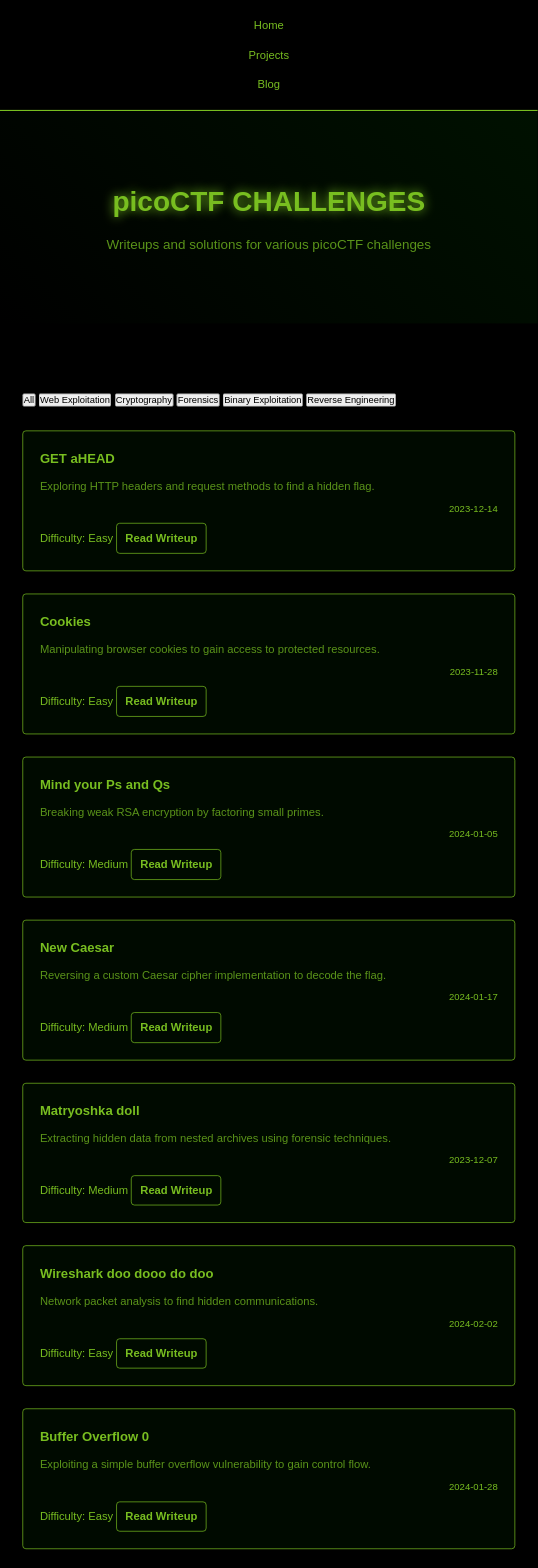
Repository: mohamedsoliman-tq/Website
Page: blogs/picoCTF/picoCTF.html
These files come from the project's save history. The page is drawn as it stood at one moment and after the next save; the edit follows.
The browser window is 768 px wide. The pictures show the part of the page from y = 0 to 2240 px (the page is 3098 px tall before and 3629 px after), at 70% of full size.

Above is the page before, as saved 2025-03-12 23:40:17.

### blogs/picoCTF/picoCTF.html
<!DOCTYPE html>
<html lang="en">
<head>
    <meta charset="UTF-8">
    <meta name="viewport" content="width=device-width, initial-scale=1.0">
    <title>picoCTF Blogs | T4QI</title>
    <link href="https://fonts.googleapis.com/css2?family=Space+Grotesk:wght@300;400;700&display=swap" rel="stylesheet">
    <link rel="icon" type="image/x-icon" href="/assets/favicon.ico">
    <link rel="apple-touch-icon" sizes="180x180" href="/assets/ficon.png">
    <link rel="stylesheet" href="/css/base.css">
    <link rel="stylesheet" href="/css/navigation.css">
    <link rel="stylesheet" href="/css/hero.css">
    <link rel="stylesheet" href="/css/sections.css">
    <link rel="stylesheet" href="/css/utilities.css">
    <link rel="stylesheet" href="/css/platforms.css">
</head>
<body>
    <nav>
        <ul>
            <li><a href="/">Home</a></li>
            <li><a href="/Projects.html">Projects</a></li>
            <li><a href="/Blogs.html">Blog</a></li>
        </ul>
    </nav>

    <div class="hero">
        <div class="container">
            <h1>picoCTF CHALLENGES</h1>
            <p>Writeups and solutions for various picoCTF challenges</p>
        </div>
    </div>

    <section class="section">
        <div class="container">
            <div class="category-tabs">
                <button class="category-tab active" data-category="all">All</button>
                <button class="category-tab" data-category="web">Web Exploitation</button>
                <button class="category-tab" data-category="crypto">Cryptography</button>
                <button class="category-tab" data-category="forensics">Forensics</button>
                <button class="category-tab" data-category="binary">Binary Exploitation</button>
                <button class="category-tab" data-category="reverse">Reverse Engineering</button>
            </div>

            <div class="blog-posts">
                <!-- Web Exploitation Challenges -->
                <div class="blog-card" data-category="web">
                    <h3>GET aHEAD</h3>
                    <p>Exploring HTTP headers and request methods to find a hidden flag.</p>
                    <span class="blog-date">2023-12-14</span>
                    <span class="blog-difficulty">Difficulty: Easy</span>
                    <a href="/blogs/picoctf/get-ahead.html" class="read-more">Read Writeup</a>
                </div>

                <div class="blog-card" data-category="web">
                    <h3>Cookies</h3>
                    <p>Manipulating browser cookies to gain access to protected resources.</p>
                    <span class="blog-date">2023-11-28</span>
                    <span class="blog-difficulty">Difficulty: Easy</span>
                    <a href="/blogs/picoctf/cookies.html" class="read-more">Read Writeup</a>
                </div>

                <!-- Cryptography Challenges -->
                <div class="blog-card" data-category="crypto">
                    <h3>Mind your Ps and Qs</h3>
                    <p>Breaking weak RSA encryption by factoring small primes.</p>
                    <span class="blog-date">2024-01-05</span>
                    <span class="blog-difficulty">Difficulty: Medium</span>
                    <a href="/blogs/picoctf/mind-your-ps-and-qs.html" class="read-more">Read Writeup</a>
                </div>

                <div class="blog-card" data-category="crypto">
                    <h3>New Caesar</h3>
                    <p>Reversing a custom Caesar cipher implementation to decode the flag.</p>
                    <span class="blog-date">2024-01-17</span>
                    <span class="blog-difficulty">Difficulty: Medium</span>
                    <a href="/blogs/picoctf/new-caesar.html" class="read-more">Read Writeup</a>
                </div>

                <!-- Forensics Challenges -->
                <div class="blog-card" data-category="forensics">
                    <h3>Matryoshka doll</h3>
                    <p>Extracting hidden data from nested archives using forensic techniques.</p>
                    <span class="blog-date">2023-12-07</span>
                    <span class="blog-difficulty">Difficulty: Medium</span>
                    <a href="/blogs/picoctf/matryoshka-doll.html" class="read-more">Read Writeup</a>
                </div>

                <div class="blog-card" data-category="forensics">
                    <h3>Wireshark doo dooo do doo</h3>
                    <p>Network packet analysis to find hidden communications.</p>
                    <span class="blog-date">2024-02-02</span>
                    <span class="blog-difficulty">Difficulty: Easy</span>
                    <a href="/blogs/picoctf/wireshark.html" class="read-more">Read Writeup</a>
                </div>

                <!-- Binary Exploitation Challenges -->
                <div class="blog-card" data-category="binary">
                    <h3>Buffer Overflow 0</h3>
                    <p>Exploiting a simple buffer overflow vulnerability to gain control flow.</p>
                    <span class="blog-date">2024-01-28</span>
                    <span class="blog-difficulty">Difficulty: Easy</span>
                    <a href="/blogs/picoctf/buffer-overflow-0.html" class="read-more">Read Writeup</a>
                </div>

                <div class="blog-card" data-category="binary">
                    <h3>ROP Chain</h3>
                    <p>Building a return-oriented programming chain to bypass security mechanisms.</p>
                    <span class="blog-date">2024-02-15</span>
                    <span class="blog-difficulty">Difficulty: Hard</span>
                    <a href="/blogs/picoctf/rop-chain.html" class="read-more">Read Writeup</a>
                </div>

                <!-- Reverse Engineering Challenges -->
                <div class="blog-card" data-category="reverse">
                    <h3>vault-door-1</h3>
                    <p>Analyzing Java code to discover the password checking mechanism.</p>
                    <span class="blog-date">2023-10-18</span>
                    <span class="blog-difficulty">Difficulty: Easy</span>
                    <a href="/blogs/picoctf/vault-door-1.html" class="read-more">Read Writeup</a>
                </div>

                <div class="blog-card" data-category="reverse">
                    <h3>keygenme-py</h3>
                    <p>Reverse engineering a Python key generator to create a valid license key.</p>
                    <span class="blog-date">2024-02-28</span>
                    <span class="blog-difficulty">Difficulty: Medium</span>
                    <a href="/blogs/picoctf/keygenme-py.html" class="read-more">Read Writeup</a>
                </div>
            </div>
        </div>
    </section>

    <footer>
        <p>© 2024 T4QI. All rights reserved.</p>
    </footer>

    <script>
        // Simple category filter functionality
        document.addEventListener('DOMContentLoaded', function() {
            const categoryTabs = document.querySelectorAll('.category-tab');
            const blogCards = document.querySelectorAll('.blog-card');

            categoryTabs.forEach(tab => {
                tab.addEventListener('click', function() {
                    // Remove active class from all tabs
                    categoryTabs.forEach(t => t.classList.remove('active'));

                    // Add active class to clicked tab
                    this.classList.add('active');

                    // Get selected category
                    const category = this.getAttribute('data-category');

                    // Filter blog cards
                    blogCards.forEach(card => {
                        if (category === 'all' || card.getAttribute('data-category') === category) {
                            card.style.display = 'block';
                        } else {
                            card.style.display = 'none';
                        }
                    });
                });
            });
        });
    </script>
</body>
</html>

### css/base.css
@import url('https://fonts.googleapis.com/css2?family=Space+Grotesk:wght@300;400;700&display=swap');

:root {
    --primary-black: #000000;
    --green-accent: #78BE20;
    --dark-green: #5a9419;
}

* {
    margin: 0;
    padding: 0;
    box-sizing: border-box;
    font-family: 'Space+Grotesk', sans-serif;
}

body {
    background-color: var(--primary-black);
    color: var(--green-accent);
    line-height: 1.6;
}

.container {
    max-width: 1200px;
    margin: 0 auto;
    padding: 2rem;
}

.section {
    padding: 4rem 0;
    border-bottom: 1px solid #001a00;
}

### css/navigation.css
nav {
    background: rgba(0, 0, 0, 0.95);
    padding: 1rem;
    position: sticky;
    top: 0;
    border-bottom: 2px solid var(--green-accent);
    z-index: 100;
}

nav ul {
    display: flex;
    justify-content: space-around;
    list-style: none;
}

nav a {
    color: var(--green-accent);
    text-decoration: none;
    padding: 0.5rem 1rem;
    transition: all 0.3s;
}

nav a:hover {
    color: var(--dark-green);
    text-shadow: 0 0 10px var(--green-accent);
}

@media (max-width: 768px) {
    nav ul {
        flex-direction: column;
        align-items: center;
    }

    nav li {
        margin: 0.5rem 0;
    }
}

### css/hero.css
.hero {
    text-align: center;
    padding: 4rem 0;
    background: linear-gradient(45deg, var(--primary-black), #001100);
}

.hero h1 {
    font-size: 3.5rem;
    margin-bottom: 1rem;
    color: var(--green-accent);
    text-shadow: 0 0 15px var(--green-accent);
}

.hero p {
    color: var(--dark-green);
    font-size: 1.2rem;
}

@media (max-width: 768px) {
    .hero h1 {
        font-size: 2.5rem;
    }
}

### css/sections.css
.skills-grid {
    display: grid;
    grid-template-columns: repeat(auto-fit, minmax(250px, 1fr));
    gap: 2rem;
    margin-top: 2rem;
}

.skill-card, .project-card, .blog-card {
    background: #000a00;
    padding: 1.5rem;
    border-radius: 5px;
    border: 1px solid var(--green-accent);
    transition: transform 0.3s ease;
}

.skill-card:hover, .project-card:hover, .blog-card:hover {
    transform: scale(1.05);
    box-shadow: 0 0 15px var(--green-accent);
}

.projects, .blog-posts {
    display: grid;
    grid-template-columns: repeat(auto-fit, minmax(250px, 1fr));
    gap: 2rem;
    margin-top: 2rem;
}

.project-card h3, .blog-card h3 {
    color: var(--green-accent);
    margin-bottom: 0.75rem;
}

.project-card p, .blog-card p {
    color: var(--dark-green);
    margin-bottom: 0.5rem;
}

.blog-date {
    color: var(--green-accent);
    font-size: 0.85rem;
    display: block;
    text-align: right;
}

.contact-grid {
    display: grid;
    grid-template-columns: 1fr 1fr;
    gap: 2rem;
    align-items: center;
}

.social-links {
    background: #000a00;
    padding: 1.5rem;
    border: 1px solid var(--green-accent);
    border-radius: 8px;
}

.social-links h3 {
    color: var(--green-accent);
    margin-bottom: 1rem;
    text-align: center;
}

.social-icons {
    display: flex;
    flex-direction: column;
    gap: 1rem;
}

.social-icon {
    color: var(--green-accent);
    text-decoration: none;
    padding: 0.5rem 1rem;
    border: 1px solid var(--green-accent);
    text-align: center;
    transition: all 0.3s ease;
}

.social-icon:hover {
    background-color: var(--green-accent);
    color: var(--primary-black);
    box-shadow: 0 0 15px var(--green-accent);
}

.read-more {
    display: inline-block;
    margin-top: 10px;
    padding: 8px 12px;
    font-size: 1rem;
    font-weight: bold;
    color: var(--green-accent);
    text-decoration: none;
    border: 1px solid var(--green-accent);
    border-radius: 5px;
    transition: all 0.3s ease;
}

.read-more:hover {
    background-color: var(--green-accent);
    color: var(--primary-black);
    box-shadow: 0 0 10px var(--green-accent);
}


@media (max-width: 768px) {
    .projects, .blog-posts, .contact-grid {
        grid-template-columns: 1fr;
    }
}

### css/utilities.css
footer {
    text-align: center;
    padding: 2rem;
    color: var(--green-accent);
}

.hidden {
    display: none;
}

.visible {
    display: block;
}

### css/platforms.css
/* Platform grid layout */
.platform-grid {
    display: grid;
    grid-template-columns: repeat(auto-fit, minmax(250px, 1fr));
    gap: 2rem;
    margin-top: 2rem;
}

/* Platform card styling */
.platform-card {
    background: #000a00;
    padding: 1.5rem;
    border-radius: 5px;
    border: 1px solid var(--green-accent);
    transition: all 0.3s ease;
    position: relative;
    overflow: hidden;
    cursor: pointer;
    text-align: center;
}

.platform-card h3 {
    color: var(--green-accent);
    margin-bottom: 0.75rem;
    position: relative;
    z-index: 2;
}

.platform-card p {
    color: var(--dark-green);
    margin-bottom: 0.5rem;
    position: relative;
    z-index: 2;
}

/* Glow effect */
.platform-glow {
    position: absolute;
    bottom: -50px;
    left: 0;
    width: 100%;
    height: 50px;
    background: var(--green-accent);
    filter: blur(20px);
    opacity: 0.2;
    transition: all 0.3s ease;
}

/* Hover effects */
.platform-card:hover {
    transform: translateY(-5px);
    box-shadow: 0 0 15px var(--green-accent);
}

.platform-card:hover .platform-glow {
    opacity: 0.5;
    bottom: -30px;
}

/* Responsive adjustments */
@media (max-width: 768px) {
    .platform-grid {
        grid-template-columns: 1fr;
    }
}

After the next save:
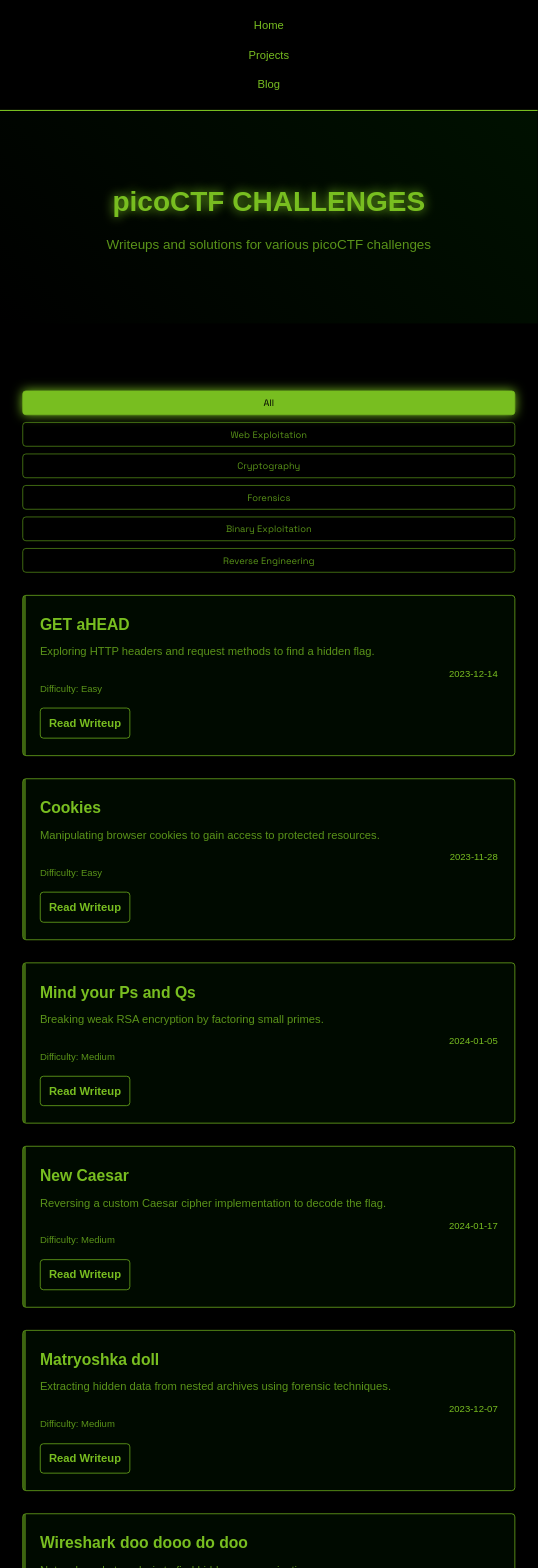
Saved 61 s later.
--- a/css/sections.css
+++ b/css/sections.css
@@ -108,3 +108,88 @@
         grid-template-columns: 1fr;
     }
 }
+
+/* Add this to your sections.css file */
+
+/* Category tabs for filtering */
+.category-tabs {
+    display: flex;
+    flex-wrap: wrap;
+    gap: 10px;
+    margin-bottom: 2rem;
+    justify-content: center;
+}
+
+.category-tab {
+    background: transparent;
+    color: var(--dark-green);
+    border: 1px solid var(--dark-green);
+    border-radius: 5px;
+    padding: 8px 16px;
+    cursor: pointer;
+    transition: all 0.3s ease;
+    font-family: 'Space Grotesk', sans-serif;
+}
+
+.category-tab:hover {
+    border-color: var(--green-accent);
+    color: var(--green-accent);
+    box-shadow: 0 0 10px rgba(120, 190, 32, 0.2);
+}
+
+.category-tab.active {
+    background-color: var(--green-accent);
+    color: var(--primary-black);
+    border-color: var(--green-accent);
+    box-shadow: 0 0 15px var(--green-accent);
+}
+
+/* Blog card enhancements */
+.blog-card {
+    display: flex;
+    flex-direction: column;
+    height: 100%;
+    position: relative;
+    overflow: hidden;
+}
+
+.blog-card::before {
+    content: '';
+    position: absolute;
+    top: 0;
+    left: 0;
+    width: 4px;
+    height: 100%;
+    background: var(--green-accent);
+    opacity: 0.5;
+}
+
+.blog-card h3 {
+    font-size: 1.4rem;
+    margin-bottom: 0.5rem;
+}
+
+.blog-difficulty {
+    color: var(--dark-green);
+    font-size: 0.85rem;
+    display: block;
+    margin-bottom: 1rem;
+}
+
+.blog-card .read-more {
+    margin-top: auto;
+    align-self: flex-start;
+}
+
+/* Responsive adjustments */
+@media (max-width: 768px) {
+    .category-tabs {
+        flex-direction: column;
+        align-items: center;
+    }
+
+    .category-tab {
+        width: 100%;
+        text-align: center;
+    }
+}
